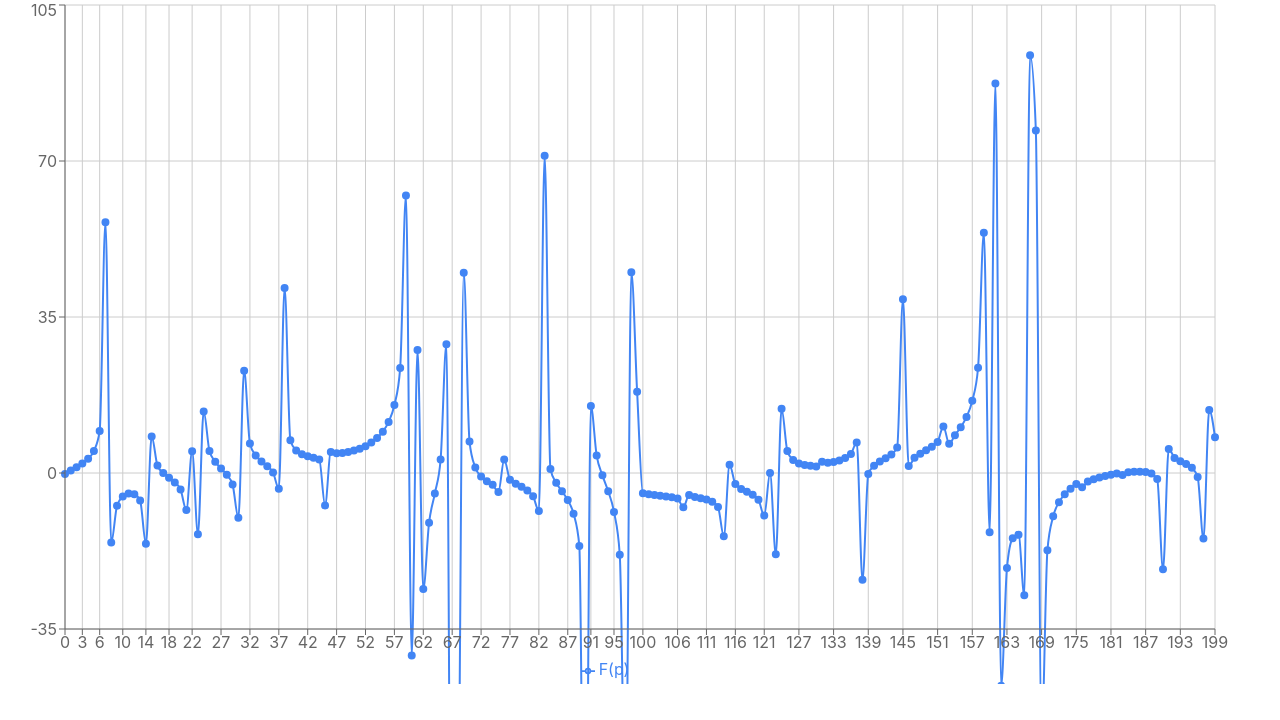
Repository: ivanburlakov/rts-labs
Page: / (app in lab2.2/)
The author's editor kept a copy of each file at every save. The page is drawn from the files as they stood at one save, then again after a run of saves.
The browser window is 1280 px wide. The pictures show the whole page.
The project was rebuilt for these pictures with package versions that can differ from the ones it lists, and the page was loaded fresh each time.

Above is the page before, as saved 2021-04-26 15:22:17.

After the next 2 saves:
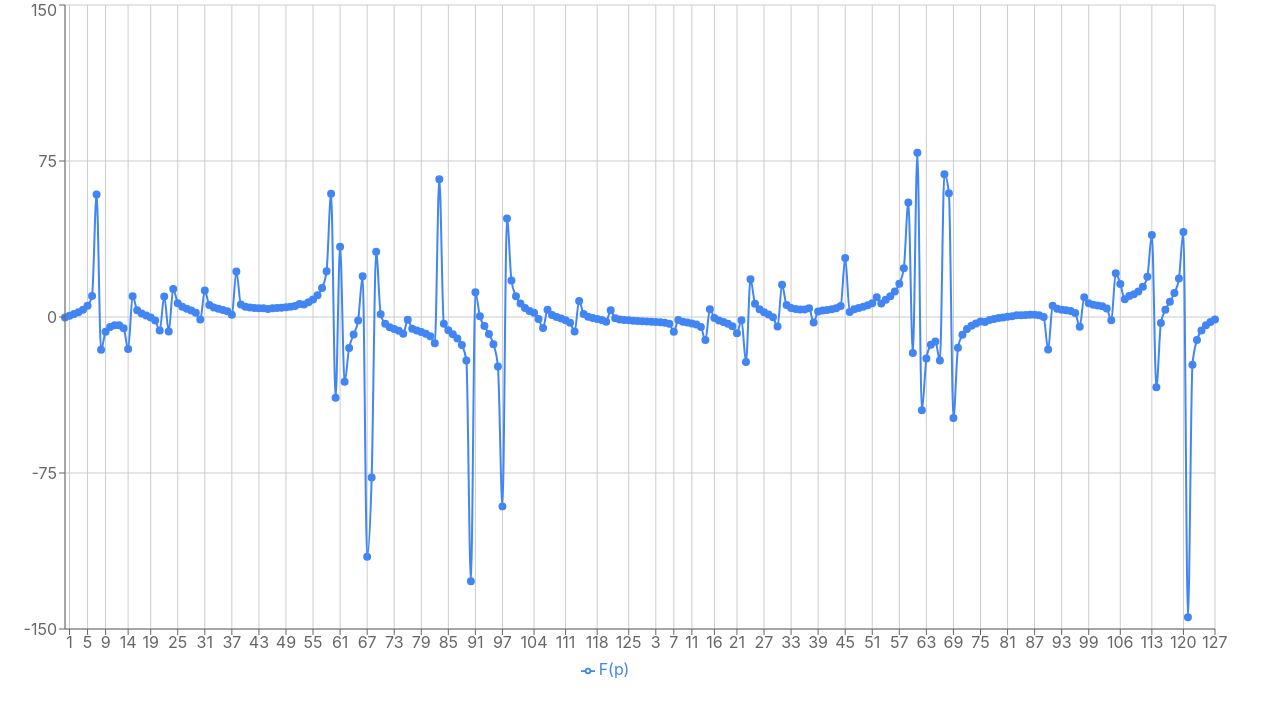
The 2 saves are shown as one change because 1 did not build or start.
The last was saved 4 min 36 s later.
--- a/lab2.2/src/App.js
+++ b/lab2.2/src/App.js
@@ -51,10 +51,7 @@ function FFT(samples) {
     even[i] = samples[2 * i];
     odd[i] = samples[2 * i + 1];
   }
-  even = FFT(even);
-  odd = FFT(odd);
-
-  const F = [];
+  const data = [];
   for (let p = 0; p < N / 2; p++) {
     let Feven = 0;
     let Fodd = 0;
@@ -64,15 +61,21 @@ function FFT(samples) {
     for (let k = 0; k < N / 2; k++) {
       Fodd += odd[k] * W(p, k, N / 2);
     }
-    F[p] = Fodd + Wp(p, N) * Feven;
-    F[p + N / 2] = Fodd - Wp(p, N) * Feven;
+    data[p] = {
+      p,
+      'F(p)': Fodd + Wp(p, N) * Feven,
+    };
+    data[p + N / 2] = {
+      p,
+      'F(p)': Fodd - Wp(p, N) * Feven,
+    };
   }
+  return data;
 }
 
 function generateChart(harmonics, frequencyBorder, ticks) {
   const results = [];
   const x = [];
-  const data = [];
   const a = [
     0.4339828585740546,
     0.7913122899825349,
@@ -112,20 +115,7 @@ function generateChart(harmonics, frequencyBorder, ticks) {
     }
     x.push(sum);
   }
-  const N = 200;
-  for (let p = 0; p < N; p++) {
-    if (p < N / 2) {
-      data.push({
-        p,
-        "F(p)": `${F2(x, p) + Wp(p, N) * F1(x, p)}`,
-      });
-    } else {
-      data.push({
-        p,
-        "F(p)": `${F2(x, p - N / 2) - Wp(p - N / 2, N) * F1(x, p - N / 2)}`,
-      });
-    }
-  }
+  const data = FFT(x);
   return data;
 }
 
